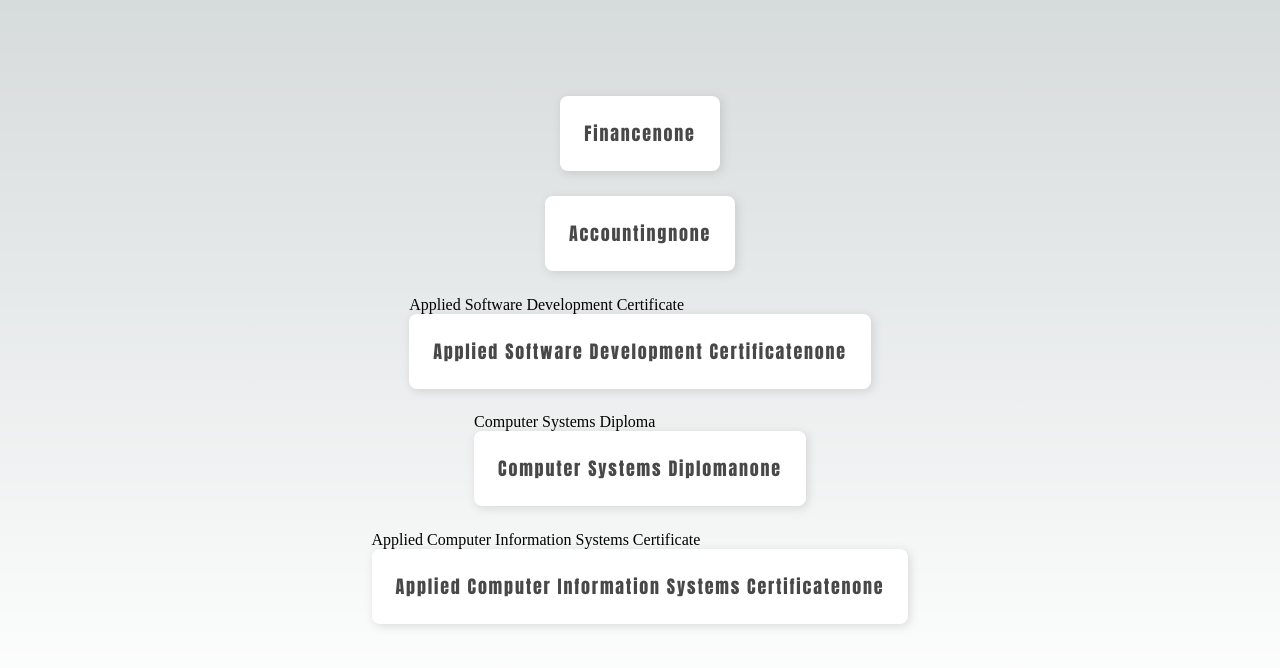
Repository: giovanabirck/class03-vercel-test
Page: /
These files come from the project's save history. The page is drawn as it stood at one moment and after a run of saves; the edit follows.
The browser window is 1280 px wide. The pictures show the whole page.
The project was rebuilt for these pictures with package versions that can differ from the ones it lists, and the page was loaded fresh each time. The framework's server and built-in components were replaced by stand-ins that run in the browser. Also part of the build but not shown: next.config.js.

Above is the page before, as saved 2023-01-24 21:22:37.

### pages/index.js
import Head from 'next/head'
import Image from 'next/image'
import { Inter } from '@next/font/google'
import styles from '../styles/Home.module.css'
import data from '../data/education.json'
import { useState } from 'react'
import Card from '../components/Card'
import Link from 'next/link'
import Menu from '../components/Menu'

const inter = Inter({ subsets: ['latin'] })

export default function Home() {

  console.log(data);
  const [information, setInformation] = useState([...data]);


  return (
    <>
      <Head>
        <title>Programs</title>
        <meta name="description" content="Generated by create next app" />
        <meta name="viewport" content="width=device-width, initial-scale=1" />
        <link rel="icon" href="/favicon.ico" />
        <Menu/>
      </Head>
      <main className={styles.main}>

        {
          information && information.map((info, index) => {
            if(info.department === "Business") {
              return(
                <div key={index}>

                  <Card key={index} degree={info.degree} color="red" font="10px"/>
                </div>
              )
            }
          })
        }

        {
          information && information.map((info, index) => {
            if(info.department === "Computing") {
              return(
                <div key={index}>
                  {info.degree}
                  <Card key={index} degree={info.degree} color="blue" font="50px"/>
                </div>
              )
            }
          })
        }
      </main>

    </>
  )
}

### data/education.json
[
    {
        "studentNumber": "A0004567",
        "firstName": "Person 1",
        "gpa": 3.8,
        "department": "Business",
        "degree": "Finance",
        "graduted": 2014
    },
    {
        "studentNumber": "A0001234",
        "firstName": "Person 2",
        "gpa": 3.5,
        "department": "Business",
        "degree": "Accounting",
        "graduted": 2010
    },
    {
        "studentNumber": "A0007890",
        "firstName": "Person 3",
        "gpa": 3.2,
        "department": "Computing",
        "degree": "Applied Software Development Certificate",
        "graduted": 2018
    },
    {
        "studentNumber": "A0007828",
        "firstName": "Person 4",
        "gpa": 3.9,
        "department": "Computing",
        "degree": "Computer Systems Diploma",
        "graduted": 2021
    },
    {
        "studentNumber": "A0003425",
        "firstName": "Person 5",
        "gpa": 3.2,
        "department": "Computing",
        "degree": "Applied Computer Information Systems Certificate",
        "graduted": 2021
    }
]

### components/Card/index.js


export default function Card({
    department  =   "none",
    degree      =   "none",
}) {

    return(
        <div style={{
            backgroundColor: "white",
            padding: "24px",
            fontFamily: "Impact",
            color: "#484848",
            fontSize: "18px",
            letterSpacing: "0.1em",
            display: "flex",
            borderRadius: "8px",
            boxShadow: "2px 2px 10px rgb(100, 100, 100, 0.2)"
        }}>
            {degree}
            {department}
        </div>
    )
}

### components/Menu/index.js

export default function Menu() {
    return(
        <>
        <div style={{
            display: "flex",
        }}>
            <div className="lateral-menu" style={{
                backgroundColor: 'white',
                width: "20%",
                innerHeight: "500px",
                padding: "40px 40px 350px 24px",
                fontFamily: "Arial",
                fontWeight: "bold",
                color: "#A8A8A8",
                }}>

                <h1 style={{
                    fontFamily: "Impact",
                    fontSize: "40px",
                    color: "#5F7AF2",
                    padding: "16px 16px 56px 16px",
                }}>Future
                    <br></br>
                    University
                </h1>

                <br></br>

                <a className="a-employees" href="about" style={{padding:"16px"}}>Employees</a>

                <br></br>

                <p className="p-programs" style={{padding:"48px 16px 16px 16px", color: "#5F7AF2"}}>Programs</p>

                <br></br>

                <p style={{padding:"16px"}}>Lorem ipsum</p>

                <br></br>

                <p style={{padding:"16px"}}>Lorem ipsum</p>

                <br></br>

                <p style={{padding:"16px"}}>Lorem ipsum</p>
            </div>
            <div>
                <div className="top-menu" style={{
                    backgroundColor: "white",
                    width: "200%",
                    display: "flex",
                    height: "96px",
                    alignItems: "center",
                    justifyContent: "space-between",
                }}>
                    <input placeholder="search" style={{
                        fontFamily: "Arial",
                        fontSize: "14px",
                        color: "#5F7AF2",
                        padding: "16px",
                        border: "solid 2px #5F7AF2",
                        borderRadius: "8px",
                        width: "400px",
                        margin: "24px"
                    }}>
                    </input>
                    <h2 style={{
                        fontFamily: "Arial",
                        fontWeight: "bold",
                        fontSize: "16px",
                        color: "#5F7AF2",
                        padding: "16px 40px 16px 16px"
                        }}>Profile Name</h2>
                </div>
                <div id="main-div" style={{
                    backgroundColor: "#EAEBF1",
                    width: "200%",
                    height: "89%"
                }}>
                </div>
            </div>
        </div>
        </>
    )
}

Loaded but not shown: pages/_app.js (common file); pages/_document.js (common file); styles/globals.css (common file); styles/Home.module.css (common file)

After the next 5 saves:
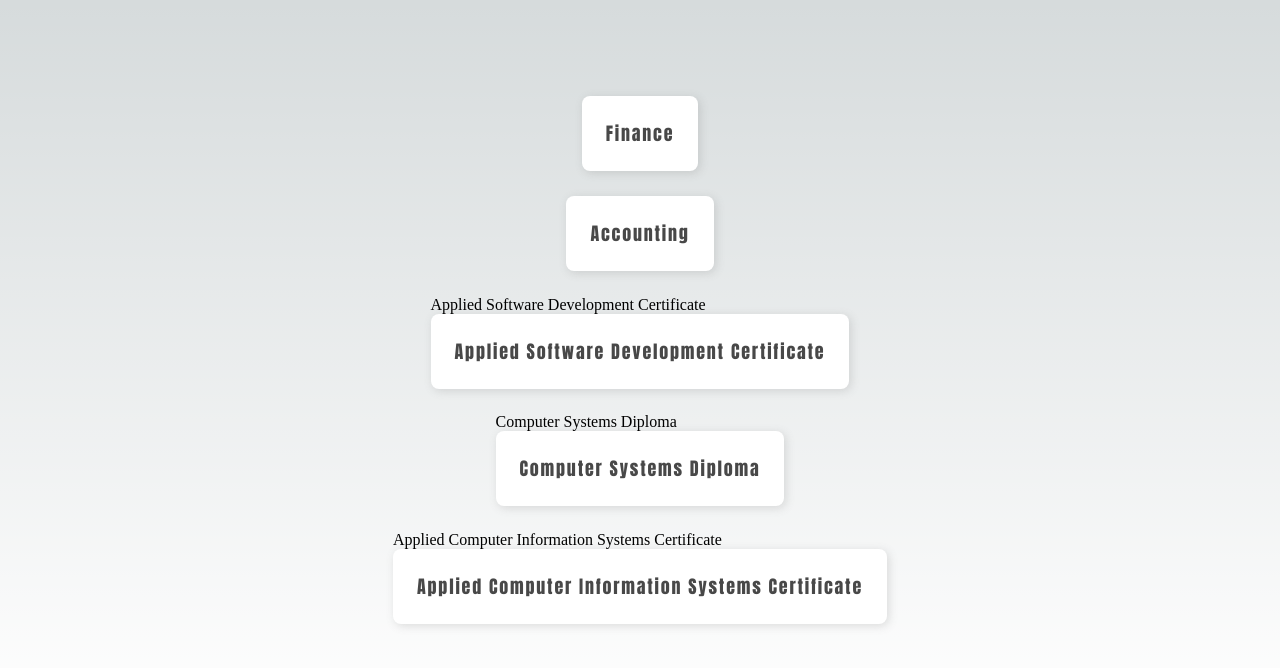
The 5 saves are shown as one change because 2 did not build or start and some came seconds apart.
The last was saved 35 s later.
--- a/components/Card/index.js
+++ b/components/Card/index.js
@@ -1,7 +1,6 @@
 
 
 export default function Card({
-    department  =   "none",
     degree      =   "none",
 }) {
 
@@ -18,7 +17,6 @@ export default function Card({
             boxShadow: "2px 2px 10px rgb(100, 100, 100, 0.2)"
         }}>
             {degree}
-            {department}
         </div>
     )
 }
